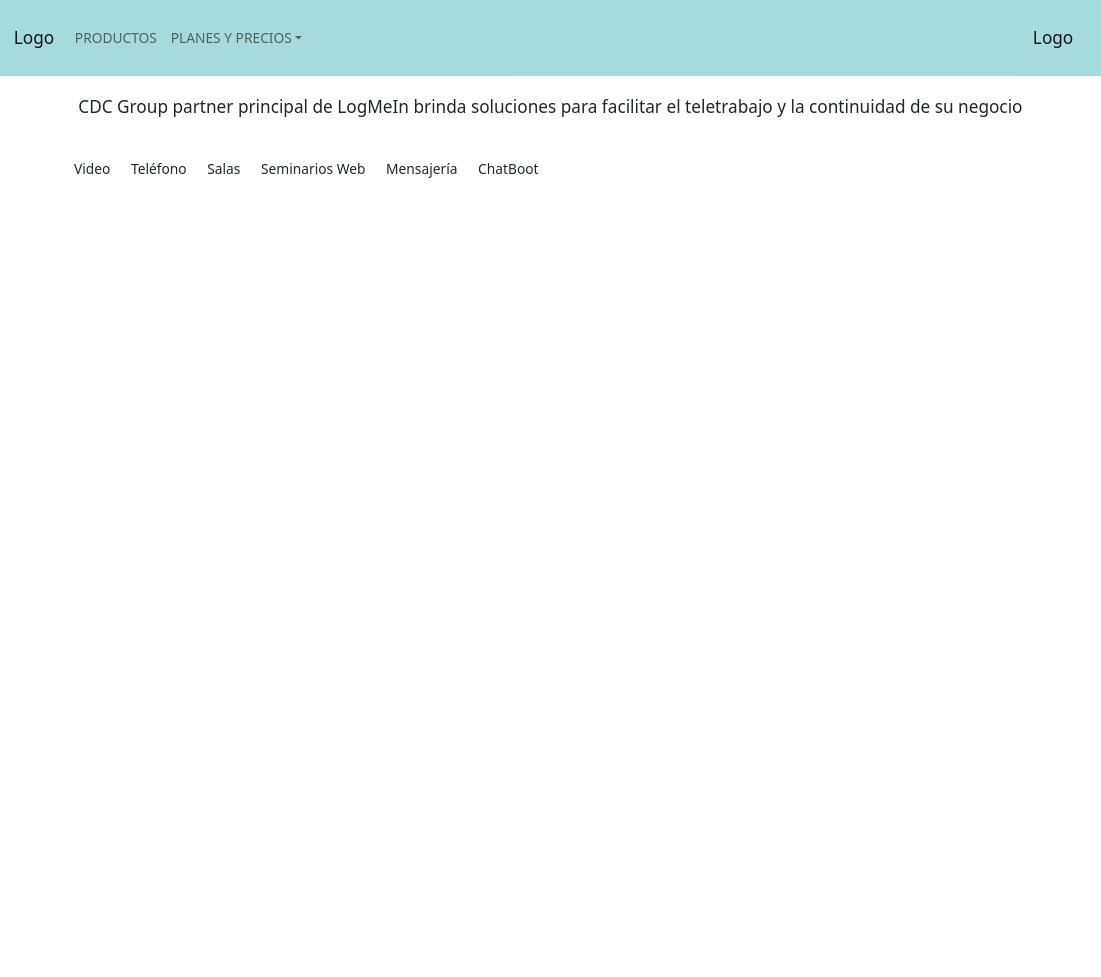
Repository: onehitwondermx/cdclogmein
Page: index.html
An editor plug-in stored every save of this project. The page is shown before and after the next save, followed by the edit.
The browser window is 1280 px wide. The pictures show the whole page, at 86% of full size.

Above is the page before, as saved 2021-06-03 22:17:09.

After the next save:
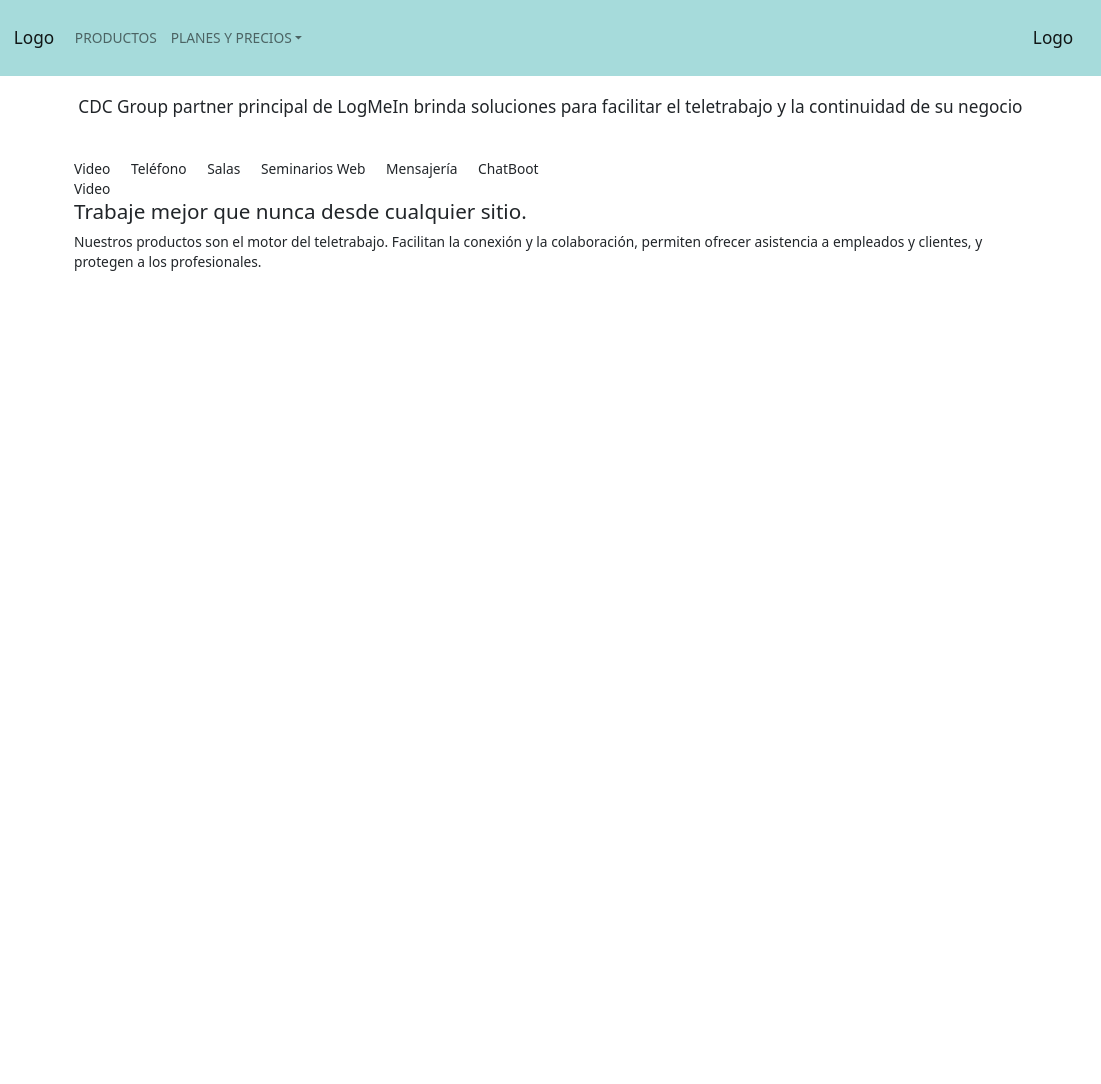
Saved 6 min 23 s later.
--- a/index.html
+++ b/index.html
@@ -67,6 +67,13 @@
         <span>ChatBoot</span>
       </div>
     </div>
+    <div> Video</div>
+    <div>
+      <h4>Trabaje mejor que nunca desde cualquier sitio.</h4>
+      <p>
+        Nuestros productos son el motor del teletrabajo. Facilitan la conexión y la colaboración, permiten ofrecer asistencia a empleados y clientes, y protegen a los profesionales.
+      </p>
+    </div>
   </div>
 
    <br><br><br><br><br><br><br><br><br><br><br><br><br><br><br><br><br><br><br><br><br><br><br><br><br><br><br><br><br><br><br><br><br><br><br><br><br><br>
